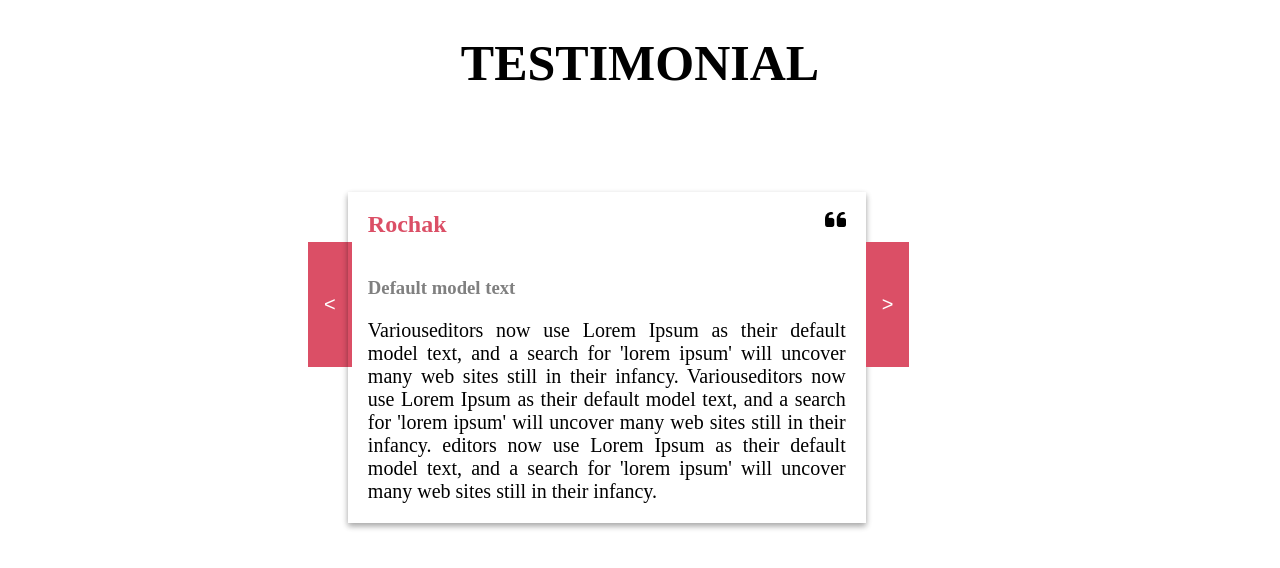
Repository: AVINKUMARP/gifts
Page: demo2.html
These files come from the project's save history. The page is drawn as it stood at one moment and after the next save; the edit follows.
The browser window is 1280 px wide. The pictures show the whole page.

Above is the page before, as saved 2023-08-24 15:58:31.

### demo2.html
<!DOCTYPE html>
<html lang="en">

<head>
    <meta charset="UTF-8">
    <meta name="viewport" content="width=device-width, initial-scale=1.0">
    <title>Document</title>
    <style>
        .container {
            display: flex;
            flex-wrap: wrap;
            text-align: center;
            margin: 100px 300px;
        }

        .cbutl {
            width: 6%;
        }

        .cpara {
            width: 78%;
            box-shadow: rgba(0, 0, 0, 0.16) 0px 3px 6px, rgba(0, 0, 0, 0.23) 0px 3px 6px;
        }

        .cbutr {
            width: 6%;
        }

        .csub {
            display: flex;
            flex-wrap: wrap;
            justify-content: space-between;
        }

        .cbutl button {
            background-color: #db4f66;
            color: white;
            border: 1px solid #db4f66;
            padding: 50px 15px;
            font-size: 20px;
        }

        .cbutl {
            padding-top: 50px;
            margin-right: 0px;
        }

        .cbutr button {
            background-color: #db4f66;
            color: white;
            border: 1px solid #db4f66;
            padding: 50px 15px;
            font-size: 20px;
        }

        .cbutr {
            padding-top: 50px;
        }

        .csub h2 {
            text-align: start;

        }

        .ch h2 {
            color: #db4f66;
        }

        .cpara h3 {
            color: gray;
        }

        .cpara h3 {
            text-align: start;
            padding: 0 20px;
        }

        .cpara p {
            text-align: justify;
            font-size: 20px;
            padding: 0 20px;
        }

        .cicon {
            padding-top: 20px;
            text-align: end;
        }

        .csub {
            padding: 0 20px;
        }
        .text{
            text-align: center;
            font-size: 25px;
        }
    </style>
</head>

<body>
    <div class="text"><h1>TESTIMONIAL</h1></div>
    <div class="container">

        <div class="cbutl"><button><</button>
        </div>
        <div class="cpara">
            <div class="csub">
                <div class="ch">
                    <h2>Rochak</h2>
                </div>
                <div class="cicon"><img src="./images/icon.png" alt="loading..." width="8%"></div>
            </div>
            <h3>Default model text</h3>
            <p>Variouseditors now use Lorem Ipsum as their default model text, and a search for 'lorem ipsum' will
                uncover many web sites still in their infancy. Variouseditors now use Lorem Ipsum as their default
                model text, and a search for 'lorem ipsum' will uncover many web sites still in their infancy.
                editors now use Lorem Ipsum as their default model text, and a search for 'lorem ipsum' will uncover
                many web sites still in their infancy.</p>
        </div>
        <div class="cbutr"><button>></button></div>
    </div>
</body>

</html>

After the next save:
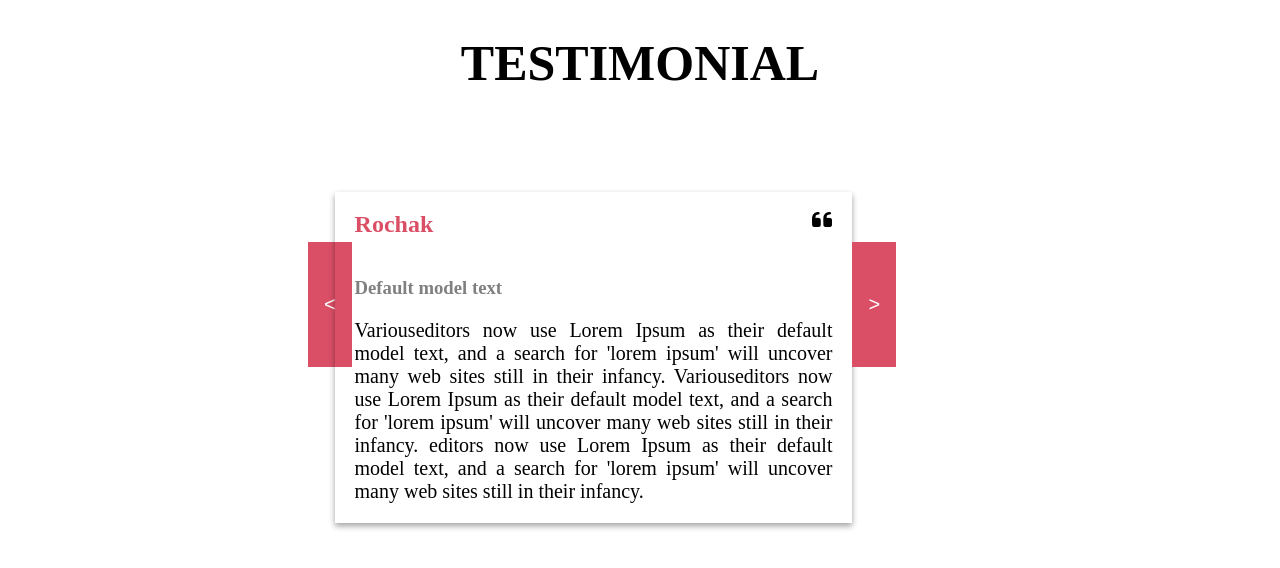
Saved 17 s later.
--- a/demo2.html
+++ b/demo2.html
@@ -14,7 +14,7 @@
         }
 
         .cbutl {
-            width: 6%;
+            width: 4%;
         }
 
         .cpara {
